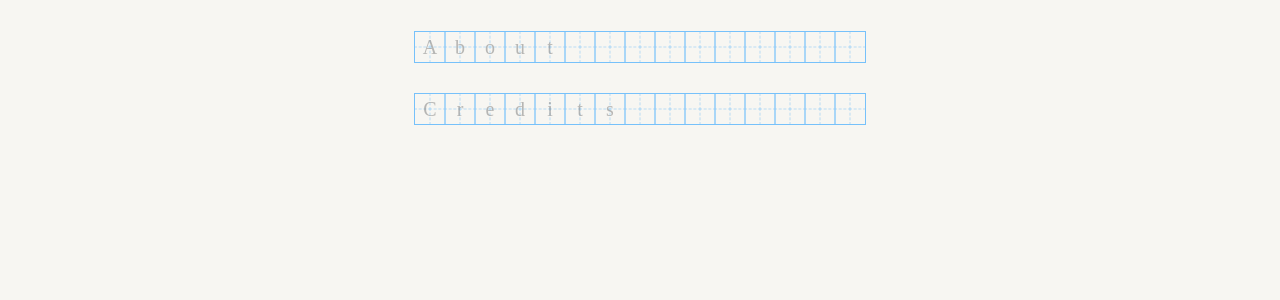
Repository: pyrcl090/p-p
Page: index.html
An editor plug-in stored every save of this project. The page is shown before and after the next save, followed by the edit.
The browser window is 1280 px wide. The pictures show the whole page.
The page's requests for data from a server got no answer. Some web fonts or font styles are not loaded; a fallback is used.

Above is the page before, as saved 2025-04-19 23:01:27.

### index.html
<!DOCTYPE html>
<html lang="en">
<head>
    <meta charset="UTF-8">
    <meta name="viewport" content="width=device-width, initial-scale=1.0">
    <title>P</title>
    <link rel="stylesheet" href="style.css">
</head>
<body>

    <div class="grid-wrapper">
        <div class="grid-border" id="grid-border">
          <!-- JavaScript will populate .grid-item elements here -->
        </div>
      </div>

        <!-- <div class="grid-wrapper">
          <div class="grid-container"></div>
          <div class="overlay-grid"></div>
        </div> -->

        <script src="script.js" async defer></script>
</body>
</html>

### style.css
@font-face {
  font-family: 'HMP';
  src: url("./assets/hiragino-maru-gothic-pron-w4.otf") format("truetype");
}

a {
  color: rgb(167, 151, 0);
  opacity: .5;
}

html, body {
  background-color: rgb(247, 246, 242);
  margin: 0;
  padding: 0;
  font-family: 'HMP';
}

body {

}

.grid-wrapper {
  padding: 2em;
  display: flex;
  justify-content: flex-start;
  align-items: center;
  flex-direction: column;
  width: 100%;
  min-height: 100vh;
  box-sizing: border-box;
}

.grid-border {
  display: flex;
  flex-direction: column;
  align-items: center;
  gap: 2em;
}

/* Inner container holding grid + overlay */
.grid-wrapper-inner {
  position: relative;
  display: inline-block;
  line-height: 0;
}

/* Grid background */
.grid-columns-rows {
  display: grid;
  grid-template-columns: repeat(15, 30px);
  grid-auto-rows: 30px;
  gap: 0;
  outline: 1px solid rgb(88, 181, 253);
  pointer-events: none;
  z-index: 1;
}

/* Each subcell (quad layout) */
.grid-columns-rows .grid-item {
  display: grid;
  grid-template-columns: repeat(2, 1fr);
  grid-template-rows: repeat(2, 1fr);
  width: 30px;
  height: 30px;
  outline: 0.5px solid rgb(88, 181, 253);
  opacity: 0.6;
}

.sub-cell {
  outline: 0.15px dashed rgb(88, 181, 253);
  opacity: 0.4;
  width: 100%;
  height: 100%;
}

/* Overlaid text */
.grid-content {
  display: grid;
  grid-template-columns: repeat(15, 30px);
  grid-auto-rows: 30px;
  gap: 0;
  position: absolute;
  top: 0;
  left: 0;
  z-index: 2;
}

.overlay-item {
  width: 30px;
  height: 30px;
  font-size: 20px;
  text-align: center;
  display: flex;
  justify-content: center;
  align-items: center;
  font-family: 'HMP';
  color: rgba(113, 113, 113, 0.6);
  line-height: 1;
  white-space: nowrap;
  pointer-events: auto;
}

.grid-image {
  width: 100%;  /* Ensure it fills the available width of the wrapper */
  display: block;  /* Block display to avoid inline issues */
  object-fit: contain;  /* Maintain aspect ratio and fit within the container */
  max-height: calc(30px * 10);  /* Ensure the image doesn't exceed the height of 5 rows */
  margin: 0; /* Remove any default margin */
  opacity: .8;
}

.grid-image-wrapper {
  display: flex;  /* Flexbox enables easy alignment of the image */
  justify-content: center;  /* Default alignment to center, you can change it via JS */
  align-items: center;  /* Vertically center the image */
  width: 100%;  /* Make sure it spans the full width of the grid column */
  height: calc(30px * 5);  /* Ensure it takes up exactly 5 rows in height */
}

.grid-item {
  display: flex;
  flex-direction: column;
  width: fit-content;
  opacity: .8;
}

.grid-item.channel-name {
  cursor: pointer;
}

.grid-item.channel-content {
  display: none;
}
/* .content-separator {
  grid-column: span 15;
  height: 30px;
} */

### script.js

const menuItems = [
  {
    title: 'About',
    content: 'Welcome to the grid. This space explores ideas, visuals, and texts curated from different Are.na channels.'
  },
  {
    title: 'Credits',
    content: 'Created with JavaScript, Are.na API, and a love for modularity.'
  }
];

const channels = [
  'p-pp-vz1bkeezvp0',
  'read-re_d-rode',
  'putaiinnnnn'
];

const gridBorder = document.getElementById('grid-border');
const cols = 15;
const cellSize = 30;
let currentlyOpenId = null;
const loadedChannels = new Set();

function createGridStructure(numItems) {
  const grid = document.createElement('div');
  grid.className = 'grid-columns-rows';
  const rows = Math.ceil(numItems / cols);
  const totalCells = rows * cols;

  for (let i = 0; i < totalCells; i++) {
    const cell = document.createElement('div');
    cell.className = 'grid-item';

    for (let j = 0; j < 4; j++) {
      const sub = document.createElement('div');
      sub.className = 'sub-cell';
      cell.appendChild(sub);
    }

    grid.appendChild(cell);
  }

  return grid;
}

function createOverlayItem(char, isLink = false, href = '') {
  const div = document.createElement('div');
  div.className = 'overlay-item';

  if (isLink) {
    const a = document.createElement('a');
    a.href = href;
    a.target = '_blank';
    a.textContent = char;
    a.style.textDecoration = 'none';
    a.style.color = 'inherit';
    div.appendChild(a);
  } else {
    div.textContent = char;
  }

  return div;
}

function addTextBlock(text, container) {
  for (const char of text) {
    const div = createOverlayItem(char);
    container.appendChild(div);
  }

  const remainder = text.length % cols;
  if (remainder !== 0) {
    for (let i = 0; i < cols - remainder; i++) {
      container.appendChild(document.createElement('div'));
    }
  }
}

function fillChannelContent(contentEl, slug) {
  fetch(`https://api.are.na/v2/channels/${slug}?per=100`)
    .then(res => res.json())
    .then(data => {
      let totalCells = 0;

      if (data.metadata?.description) {
        addTextBlock(data.metadata.description, contentEl);
        totalCells += data.metadata.description.length;
        totalCells += (cols - (data.metadata.description.length % cols)) % cols;
      }

      data.contents.forEach(block => {
        if (block.image?.display?.url) {
          const img = document.createElement('img');
          img.src = block.image.display.url;
          img.className = 'grid-image';

          const colSpan = 15;
          const rowSpan = 10;

          img.style.gridColumn = `span ${colSpan}`;
          img.style.gridRow = `span ${rowSpan}`;
          img.style.justifySelf = Math.random() > 0.5 ? 'flex-start' : 'flex-end';

          contentEl.appendChild(img);
          totalCells += colSpan * rowSpan;
        }

        if (block.file?.url) {
          const fileLink = document.createElement('a');
          fileLink.href = block.file.url;
          fileLink.target = '_blank';
          fileLink.textContent = `View file: ${block.file.name || 'Document'}`;
          contentEl.appendChild(fileLink);
          contentEl.appendChild(document.createElement('br'));

          totalCells += 2;
        }

        const text = block.content || block.title || block.body || '';
        if (text) {
          addTextBlock(text, contentEl);
          totalCells += text.length;
          totalCells += (cols - (text.length % cols)) % cols;
        }
      });

      const rowsNeeded = Math.ceil(totalCells / cols);
      const totalCellsNeeded = rowsNeeded * cols;

      const wrapper = contentEl.closest('.grid-wrapper-inner');
      const oldGrid = wrapper.querySelector('.grid-columns-rows');
      if (oldGrid) oldGrid.remove();

      const newGrid = createGridStructure(totalCellsNeeded);
      wrapper.insertBefore(newGrid, contentEl);

      loadedChannels.add(slug);
    })
    .catch(error => console.error(`Error fetching data for channel ${slug}:`, error));
}

function toggleContent(id, slug) {
  const contentWrapper = document.getElementById(id);
  const contentItem = contentWrapper.closest('.channel-content');

  if (currentlyOpenId && currentlyOpenId !== id) {
    const prevWrapper = document.getElementById(currentlyOpenId);
    const prevItem = prevWrapper?.closest('.channel-content');
    if (prevItem) prevItem.style.display = 'none';
  }

  const isOpen = contentItem.style.display === 'block';

  if (isOpen) {
    contentItem.style.display = 'none';
    currentlyOpenId = null;
  } else {
    contentItem.style.display = 'block';
    currentlyOpenId = id;

    if (!loadedChannels.has(slug)) {
      fillChannelContent(contentWrapper, slug);
    }
  }
}

function toggleMenuContent(id) {
  const contentWrapper = document.getElementById(id);
  const contentItem = contentWrapper.closest('.channel-content');

  if (currentlyOpenId && currentlyOpenId !== id) {
    const prevWrapper = document.getElementById(currentlyOpenId);
    const prevItem = prevWrapper?.closest('.channel-content');
    if (prevItem) prevItem.style.display = 'none';
  }

  const isOpen = contentItem.style.display === 'block';

  if (isOpen) {
    contentItem.style.display = 'none';
    currentlyOpenId = null;
  } else {
    contentItem.style.display = 'block';
    currentlyOpenId = id;
  }
}

function createMenuItem(menuData, index) {
  const title = menuData.title;
  const textContent = menuData.content;
  const contentId = `menu-content-${index}`;

  const nameItem = document.createElement('div');
  nameItem.className = 'grid-item channel-name';

  const grid = createGridStructure(title.length);
  const content = document.createElement('div');
  content.className = 'grid-content';

  for (const char of title) {
    const item = createOverlayItem(char);
    item.style.cursor = 'pointer';
    item.addEventListener('click', () => toggleMenuContent(contentId));
    content.appendChild(item);
  }

  const wrapper = document.createElement('div');
  wrapper.className = 'grid-wrapper-inner';
  wrapper.appendChild(grid);
  wrapper.appendChild(content);
  nameItem.appendChild(wrapper);
  gridBorder.appendChild(nameItem);

  const contentItem = document.createElement('div');
  contentItem.className = 'grid-item channel-content';
  contentItem.style.display = 'none';

  const contentGrid = createGridStructure(textContent.length);
  const contentOverlay = document.createElement('div');
  contentOverlay.className = 'grid-content';
  contentOverlay.id = contentId;

  addTextBlock(textContent, contentOverlay);

  const contentWrapper = document.createElement('div');
  contentWrapper.className = 'grid-wrapper-inner';
  contentWrapper.appendChild(contentGrid);
  contentWrapper.appendChild(contentOverlay);

  contentItem.appendChild(contentWrapper);
  gridBorder.appendChild(contentItem);
}

function createChannelItem(channelData, index) {
  const slug = channelData.slug;
  const title = channelData.title || `Channel ${index + 1}`;
  const contentId = `channel-content-${index}`;

  const nameItem = document.createElement('div');
  nameItem.className = 'grid-item channel-name';

  const grid = createGridStructure(title.length);
  const content = document.createElement('div');
  content.className = 'grid-content';

  for (const char of title) {
    const item = createOverlayItem(char);
    item.style.cursor = 'pointer';
    item.addEventListener('click', () => toggleContent(contentId, slug));
    content.appendChild(item);
  }

  const wrapper = document.createElement('div');
  wrapper.className = 'grid-wrapper-inner';
  wrapper.appendChild(grid);
  wrapper.appendChild(content);
  nameItem.appendChild(wrapper);
  gridBorder.appendChild(nameItem);

  const contentItem = document.createElement('div');
  contentItem.className = 'grid-item channel-content';
  contentItem.style.display = 'none';

  const contentGrid = createGridStructure(200); // placeholder
  const contentOverlay = document.createElement('div');
  contentOverlay.className = 'grid-content';
  contentOverlay.id = contentId;

  const contentWrapper = document.createElement('div');
  contentWrapper.className = 'grid-wrapper-inner';
  contentWrapper.appendChild(contentGrid);
  contentWrapper.appendChild(contentOverlay);

  contentItem.appendChild(contentWrapper);
  gridBorder.appendChild(contentItem);
}

// Add menu items first
menuItems.forEach((item, index) => {
  createMenuItem(item, index);
});

// Add channel items after
channels.forEach((slug, index) => {
  fetch(`https://api.are.na/v2/channels/${slug}?per=1`)
    .then(res => res.json())
    .then(data => {
      data.slug = slug;
      createChannelItem(data, index);
    });
});

After the next save:
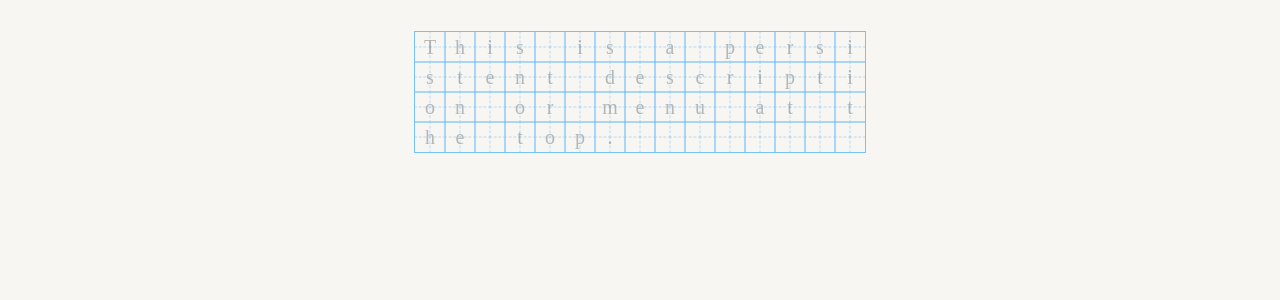
Saved 6 min 2 s later.
--- a/script.js
+++ b/script.js
@@ -1,14 +1,3 @@
-
-const menuItems = [
-  {
-    title: 'About',
-    content: 'Welcome to the grid. This space explores ideas, visuals, and texts curated from different Are.na channels.'
-  },
-  {
-    title: 'Credits',
-    content: 'Created with JavaScript, Are.na API, and a love for modularity.'
-  }
-];
 
 const channels = [
   'p-pp-vz1bkeezvp0',
@@ -21,6 +10,13 @@ const cols = 15;
 const cellSize = 30;
 let currentlyOpenId = null;
 const loadedChannels = new Set();
+
+// Optional menu content
+const menuItems = [
+  {
+    content: "This is a persistent description or menu at the top."
+  }
+];
 
 function createGridStructure(numItems) {
   const grid = document.createElement('div');
@@ -77,7 +73,30 @@ function addTextBlock(text, container) {
   }
 }
 
+function createMenuItem(menuData) {
+  const textContent = menuData.content;
+
+  const contentItem = document.createElement('div');
+  contentItem.className = 'grid-item channel-content';
+  contentItem.style.display = 'block'; // Always visible
+
+  const contentGrid = createGridStructure(textContent.length);
+  const contentOverlay = document.createElement('div');
+  contentOverlay.className = 'grid-content';
+
+  addTextBlock(textContent, contentOverlay);
+
+  const contentWrapper = document.createElement('div');
+  contentWrapper.className = 'grid-wrapper-inner';
+  contentWrapper.appendChild(contentGrid);
+  contentWrapper.appendChild(contentOverlay);
+
+  contentItem.appendChild(contentWrapper);
+  gridBorder.appendChild(contentItem);
+}
+
 function fillChannelContent(contentEl, slug) {
+  console.log('Fetching content for channel:', slug);
   fetch(`https://api.are.na/v2/channels/${slug}?per=100`)
     .then(res => res.json())
     .then(data => {
@@ -94,14 +113,11 @@ function fillChannelContent(contentEl, slug) {
           const img = document.createElement('img');
           img.src = block.image.display.url;
           img.className = 'grid-image';
-
           const colSpan = 15;
           const rowSpan = 10;
-
           img.style.gridColumn = `span ${colSpan}`;
           img.style.gridRow = `span ${rowSpan}`;
           img.style.justifySelf = Math.random() > 0.5 ? 'flex-start' : 'flex-end';
-
           contentEl.appendChild(img);
           totalCells += colSpan * rowSpan;
         }
@@ -113,7 +129,6 @@ function fillChannelContent(contentEl, slug) {
           fileLink.textContent = `View file: ${block.file.name || 'Document'}`;
           contentEl.appendChild(fileLink);
           contentEl.appendChild(document.createElement('br'));
-
           totalCells += 2;
         }
 
@@ -136,6 +151,7 @@ function fillChannelContent(contentEl, slug) {
       wrapper.insertBefore(newGrid, contentEl);
 
       loadedChannels.add(slug);
+      console.log(`Content added for channel: ${slug}`);
     })
     .catch(error => console.error(`Error fetching data for channel ${slug}:`, error));
 }
@@ -165,31 +181,10 @@ function toggleContent(id, slug) {
   }
 }
 
-function toggleMenuContent(id) {
-  const contentWrapper = document.getElementById(id);
-  const contentItem = contentWrapper.closest('.channel-content');
-
-  if (currentlyOpenId && currentlyOpenId !== id) {
-    const prevWrapper = document.getElementById(currentlyOpenId);
-    const prevItem = prevWrapper?.closest('.channel-content');
-    if (prevItem) prevItem.style.display = 'none';
-  }
-
-  const isOpen = contentItem.style.display === 'block';
-
-  if (isOpen) {
-    contentItem.style.display = 'none';
-    currentlyOpenId = null;
-  } else {
-    contentItem.style.display = 'block';
-    currentlyOpenId = id;
-  }
-}
-
-function createMenuItem(menuData, index) {
-  const title = menuData.title;
-  const textContent = menuData.content;
-  const contentId = `menu-content-${index}`;
+function createChannelItem(channelData, index) {
+  const slug = channelData.slug;
+  const title = channelData.title || `Channel ${index + 1}`;
+  const contentId = `channel-content-${index}`;
 
   const nameItem = document.createElement('div');
   nameItem.className = 'grid-item channel-name';
@@ -201,7 +196,7 @@ function createMenuItem(menuData, index) {
   for (const char of title) {
     const item = createOverlayItem(char);
     item.style.cursor = 'pointer';
-    item.addEventListener('click', () => toggleMenuContent(contentId));
+    item.addEventListener('click', () => toggleContent(contentId, slug));
     content.appendChild(item);
   }
 
@@ -216,12 +211,10 @@ function createMenuItem(menuData, index) {
   contentItem.className = 'grid-item channel-content';
   contentItem.style.display = 'none';
 
-  const contentGrid = createGridStructure(textContent.length);
+  const contentGrid = createGridStructure(200);
   const contentOverlay = document.createElement('div');
   contentOverlay.className = 'grid-content';
   contentOverlay.id = contentId;
-
-  addTextBlock(textContent, contentOverlay);
 
   const contentWrapper = document.createElement('div');
   contentWrapper.className = 'grid-wrapper-inner';
@@ -232,56 +225,10 @@ function createMenuItem(menuData, index) {
   gridBorder.appendChild(contentItem);
 }
 
-function createChannelItem(channelData, index) {
-  const slug = channelData.slug;
-  const title = channelData.title || `Channel ${index + 1}`;
-  const contentId = `channel-content-${index}`;
-
-  const nameItem = document.createElement('div');
-  nameItem.className = 'grid-item channel-name';
-
-  const grid = createGridStructure(title.length);
-  const content = document.createElement('div');
-  content.className = 'grid-content';
-
-  for (const char of title) {
-    const item = createOverlayItem(char);
-    item.style.cursor = 'pointer';
-    item.addEventListener('click', () => toggleContent(contentId, slug));
-    content.appendChild(item);
-  }
-
-  const wrapper = document.createElement('div');
-  wrapper.className = 'grid-wrapper-inner';
-  wrapper.appendChild(grid);
-  wrapper.appendChild(content);
-  nameItem.appendChild(wrapper);
-  gridBorder.appendChild(nameItem);
-
-  const contentItem = document.createElement('div');
-  contentItem.className = 'grid-item channel-content';
-  contentItem.style.display = 'none';
-
-  const contentGrid = createGridStructure(200); // placeholder
-  const contentOverlay = document.createElement('div');
-  contentOverlay.className = 'grid-content';
-  contentOverlay.id = contentId;
-
-  const contentWrapper = document.createElement('div');
-  contentWrapper.className = 'grid-wrapper-inner';
-  contentWrapper.appendChild(contentGrid);
-  contentWrapper.appendChild(contentOverlay);
-
-  contentItem.appendChild(contentWrapper);
-  gridBorder.appendChild(contentItem);
-}
-
-// Add menu items first
-menuItems.forEach((item, index) => {
-  createMenuItem(item, index);
-});
-
-// Add channel items after
+// Render menu items first
+menuItems.forEach((item) => createMenuItem(item));
+
+// Then fetch and render channels
 channels.forEach((slug, index) => {
   fetch(`https://api.are.na/v2/channels/${slug}?per=1`)
     .then(res => res.json())
